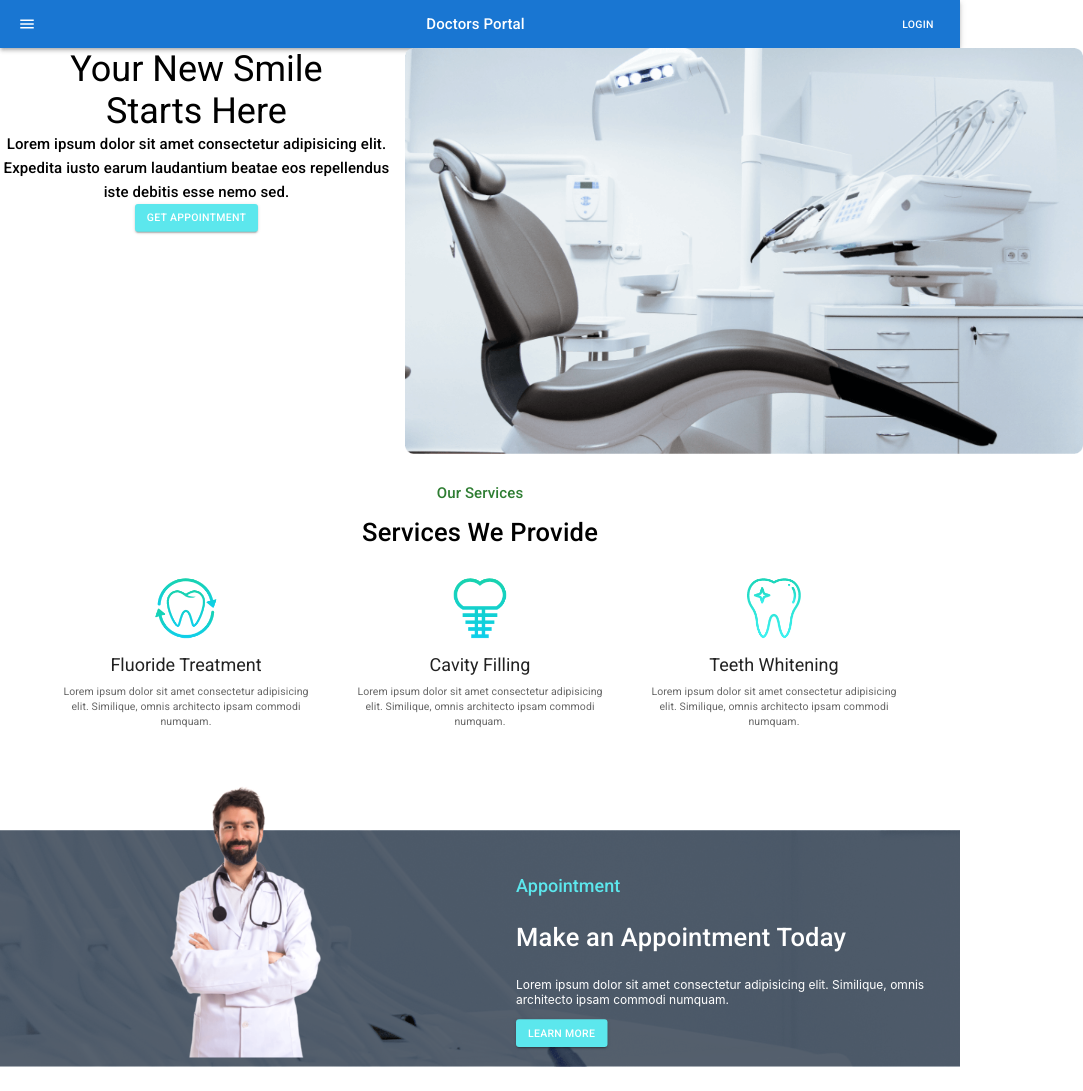
Repository: Sharif-00112/doctors-portal-client
Page: /
The author's editor kept a copy of each file at every save. The page is drawn from the files as they stood at one save, then again after the next save.
The browser window is 1280 px wide. The page is 1444 px wide, so the pictures cover 1444 px, including what lies to the right of the window. The pictures show the whole page, at 75% of full size.
The project was rebuilt for these pictures with package versions that can differ from the ones it lists, and the page was loaded fresh each time.

Above is the page before, as saved 2022-11-01 17:13:45.

### public/index.html
<!DOCTYPE html>
<html lang="en">
  <head>
    <meta charset="utf-8" />
    <link rel="icon" href="%PUBLIC_URL%/favicon.ico" />
    <meta name="viewport" content="width=device-width, initial-scale=1" />
    <meta name="theme-color" content="#000000" />
    <meta
      name="description"
      content="Web site created using create-react-app"
    />
    <link
      rel="stylesheet" href="https://fonts.googleapis.com/css?family=Roboto:300,400,500,700&display=swap"
    />

    <link rel="apple-touch-icon" href="%PUBLIC_URL%/logo192.png" />
    <!--
      manifest.json provides metadata used when your web app is installed on a
      user's mobile device or desktop. See https://developers.google.com/web/fundamentals/web-app-manifest/
    -->
    <link rel="manifest" href="%PUBLIC_URL%/manifest.json" />
    <!--
      Notice the use of %PUBLIC_URL% in the tags above.
      It will be replaced with the URL of the `public` folder during the build.
      Only files inside the `public` folder can be referenced from the HTML.

      Unlike "/favicon.ico" or "favicon.ico", "%PUBLIC_URL%/favicon.ico" will
      work correctly both with client-side routing and a non-root public URL.
      Learn how to configure a non-root public URL by running `npm run build`.
    -->
    <title>React App</title>
  </head>
  <body>
    <noscript>You need to enable JavaScript to run this app.</noscript>
    <div id="root"></div>
    <!--
      This HTML file is a template.
      If you open it directly in the browser, you will see an empty page.

      You can add webfonts, meta tags, or analytics to this file.
      The build step will place the bundled scripts into the <body> tag.

      To begin the development, run `npm start` or `yarn start`.
      To create a production bundle, use `npm run build` or `yarn build`.
    -->
  </body>
</html>

### src/App.js
import './App.css';
import { BrowserRouter as Router, Route, Routes} from 'react-router-dom';
import Home from './Pages/Home/Home/Home';

function App() {
  return (
    <div className="App">
      <Router>
        {/* <Header></Header> */}
        <Routes>
          <Route exact path = '/' element={<Home/>}/>
          <Route exact path = '/home' element={<Home/>}/>
          <Route exact path = '*' element={<Home/>}/>
        </Routes>
        {/* <Footer></Footer> */}
      </Router>
    </div>
  );
}

export default App;

### src/Pages/Home/Home/Home.js
import React from 'react';
import Navigation from '../../Shared/Navigation/Navigation';
import AppointmentBanner from '../AppointmentBanner/AppointmentBanner';
import Banner from '../Banner/Banner';
import Services from '../Services/Services';

const Home = () => {
    return (
        <div>
            {/* <h2>This is Home</h2> */}
            <Navigation></Navigation>
            <Banner></Banner>
            <Services></Services>
            <AppointmentBanner></AppointmentBanner>
        </div>
    );
};

export default Home;

### src/Pages/Shared/Navigation/Navigation.js
import React from 'react';
import AppBar from '@mui/material/AppBar';
import Box from '@mui/material/Box';
import Toolbar from '@mui/material/Toolbar';
import Typography from '@mui/material/Typography';
import Button from '@mui/material/Button';
import IconButton from '@mui/material/IconButton';
import MenuIcon from '@mui/icons-material/Menu';

const Navigation = () => {
    return (
        <div>
            <Box sx={{ flexGrow: 1 }}>
                <AppBar position="static">
                    <Toolbar>
                        <IconButton
                            size="large"
                            edge="start"
                            color="inherit"
                            aria-label="menu"
                            sx={{ mr: 2 }}
                        >
                            <MenuIcon />
                        </IconButton>
                        <Typography variant="h6" component="div" sx={{ flexGrow: 1 }}>
                            Doctors Portal
                        </Typography>
                        <Button color="inherit">Login</Button>
                    </Toolbar>
                </AppBar>
            </Box>
        </div>
    );
};

export default Navigation;

### src/Pages/Home/AppointmentBanner/AppointmentBanner.js
import React from 'react';
import Box from '@mui/material/Box';
import Grid from '@mui/material/Unstable_Grid2';
import Typography from '@mui/material/Typography';

import doctor from '../../../images/images/doctor.png'
import bg from '../../../images/images/appointment-bg.png'
import { Button } from '@mui/material';

const appointmentBanner = {
    background: `url(${bg})`,
    marginTop: 100,
    backgroundColor: 'rgba(45, 58, 74, 0.8)',
    backgroundBlendMode: 'darken, luminosity'
}

const AppointmentBanner = () => {
    return (
        <div>
            <Box style={appointmentBanner} sx={{ flexGrow: 1, mb:5 }}>
                <Grid container spacing={2}>
                    <Grid xs={12} md={6}>
                        <img
                           style={{width: 400, marginTop: '-105px' }}
                        src={doctor} alt="" />
                    </Grid>

                    <Grid xs={12} md={6} sx={{
                        display: 'flex',
                        justifyContent: 'flex-start',
                        textAlign: 'left',
                        alignItems: 'center'
                        }}>
                        <Box sx={{pl: 5}}>
                            <Typography sx={{ mb: 2, mt: 4, fontWeight: 500 }} style={{color: '#5CE7ED'}} variant="h5" component="div">
                                Appointment
                            </Typography>
                            <Typography sx={{ mb: 2, mt: 4, fontWeight: 500 }} style={{color: 'white'}} variant="h4" component="div">
                                Make an Appointment Today
                            </Typography>
                            <Typography sx={{ mb: 2, mt: 4 }} style={{color: 'white'}} variant="" component="div">
                                Lorem ipsum dolor sit amet consectetur adipisicing elit. Similique, omnis architecto ipsam commodi numquam.
                            </Typography>
                            <Button variant="contained" style={{backgroundColor: '#5CE7ED'}}>Learn More</Button>
                        </Box>
                    </Grid>
                </Grid>
            </Box>
        </div>
    );
};

export default AppointmentBanner;

### src/Pages/Home/Banner/Banner.js
import React from 'react';
import Box from '@mui/material/Box';
import Grid from '@mui/material/Grid';
import Typography from '@mui/material/Typography';
import { Button } from '@mui/material';

import chair from '../../../images/images/chair.png'
import bg from '../../../images/images/bg.png'

const Banner = () => {
    return (
        <div>
            <Box sx={{ flexGrow: 1 }}>
            <Grid container spacing={2}>
                <Grid item xs={12} md={5}>
                    <Typography sx={{ }} style={{color: 'black'}} variant="h3" component="div">
                        Your New Smile <br />
                        Starts Here
                    </Typography>
                    <Typography sx={{ }} style={{color: 'black'}} variant="h6" component="div">
                        Lorem ipsum dolor sit amet consectetur adipisicing elit. Expedita iusto earum laudantium beatae eos repellendus iste debitis esse nemo sed.
                    </Typography>
                    <Button variant="contained" style={{backgroundColor: '#5CE7ED'}}>Get Appointment</Button>
                </Grid>
                <Grid item xs={12} md={7}>
                    <img src={chair} alt="" />
                </Grid>
            </Grid>
        </Box>
        </div>
    );
};

export default Banner;

### src/Pages/Home/Services/Services.js
import React from 'react';
import Box from '@mui/material/Box';
import Grid from '@mui/material/Unstable_Grid2';
import Typography from '@mui/material/Typography';
import { Container } from '@mui/material';
import Service from '../Service/Service';

import fluoride from '../../../images/images/fluoride.png';
import cavity from '../../../images/images/cavity.png'
import whitening from '../../../images/images/whitening.png'

const services = [
    {
        name: 'Fluoride Treatment',
        description: 'Lorem ipsum dolor sit amet consectetur adipisicing elit. Similique, omnis architecto ipsam commodi numquam.',
        img: fluoride
    },
    {
        name: 'Cavity Filling',
        description: 'Lorem ipsum dolor sit amet consectetur adipisicing elit. Similique, omnis architecto ipsam commodi numquam.',
        img: cavity
    },
    {
        name: 'Teeth Whitening',
        description: 'Lorem ipsum dolor sit amet consectetur adipisicing elit. Similique, omnis architecto ipsam commodi numquam.',
        img: whitening
    }
]

const Services = () => {
    return (
        <div>
            <Box sx={{ flexGrow: 1 }}>
                <Container>
                    <Typography sx={{ mb: 2, mt: 4, fontWeight: 500, color: 'success.main' }} variant="h6" component="div">
                        Our Services
                    </Typography>
                    <Typography sx={{ mb: 3, fontWeight: 500 }} variant="h4" component="div">
                        Services We Provide
                    </Typography>

                    <Grid container spacing={{ xs: 2, md: 3 }} columns={{ xs: 4, sm: 8, md: 12 }}>
                        {
                            services.map(service => (
                                <Grid xs={2} sm={4} md={4} key={service.name}>
                                <Service
                                    key = {service.name}
                                    service = {service}
                                ></Service>
                            </Grid>
                            ))
                        }
                    </Grid>
                </Container>
            </Box>
        </div>
    );
};

export default Services;

### src/Pages/Home/Service/Service.js
import React from 'react';
import Card from '@mui/material/Card';
// import CardActions from '@mui/material/CardActions';
import CardContent from '@mui/material/CardContent';
// import Button from '@mui/material/Button';
import Typography from '@mui/material/Typography';
import CardMedia from '@mui/material/CardMedia';

const Service = (props) => {
    const {name, description, img} = props.service
    return (
        <div>
            <Card sx={{ minWidth: 275, border: 0, boxShadow: 0, mt: 1.5 }}>
                <CardMedia
                    component="img"
                    style={{width: 'auto', height: '80px', margin: '4px auto'}}
                    image={img}
                    alt={name}
                />
                <CardContent>
                    <Typography sx={{ mb: 1 }} variant="h5" component="div">
                        {name}
                    </Typography>
                    <Typography sx={{ mb: 1.5 }} variant="body2" color="text.secondary">
                        {description}
                    </Typography>
                </CardContent>
                {/* <CardActions>
                    <Button size="small">Learn More</Button>
                </CardActions> */}
            </Card>
        </div>
    );
};

export default Service;

Loaded but not shown: src/index.js (common file); src/index.css (common file); src/reportWebVitals.js (common file); src/App.css (common file)

After the next save:
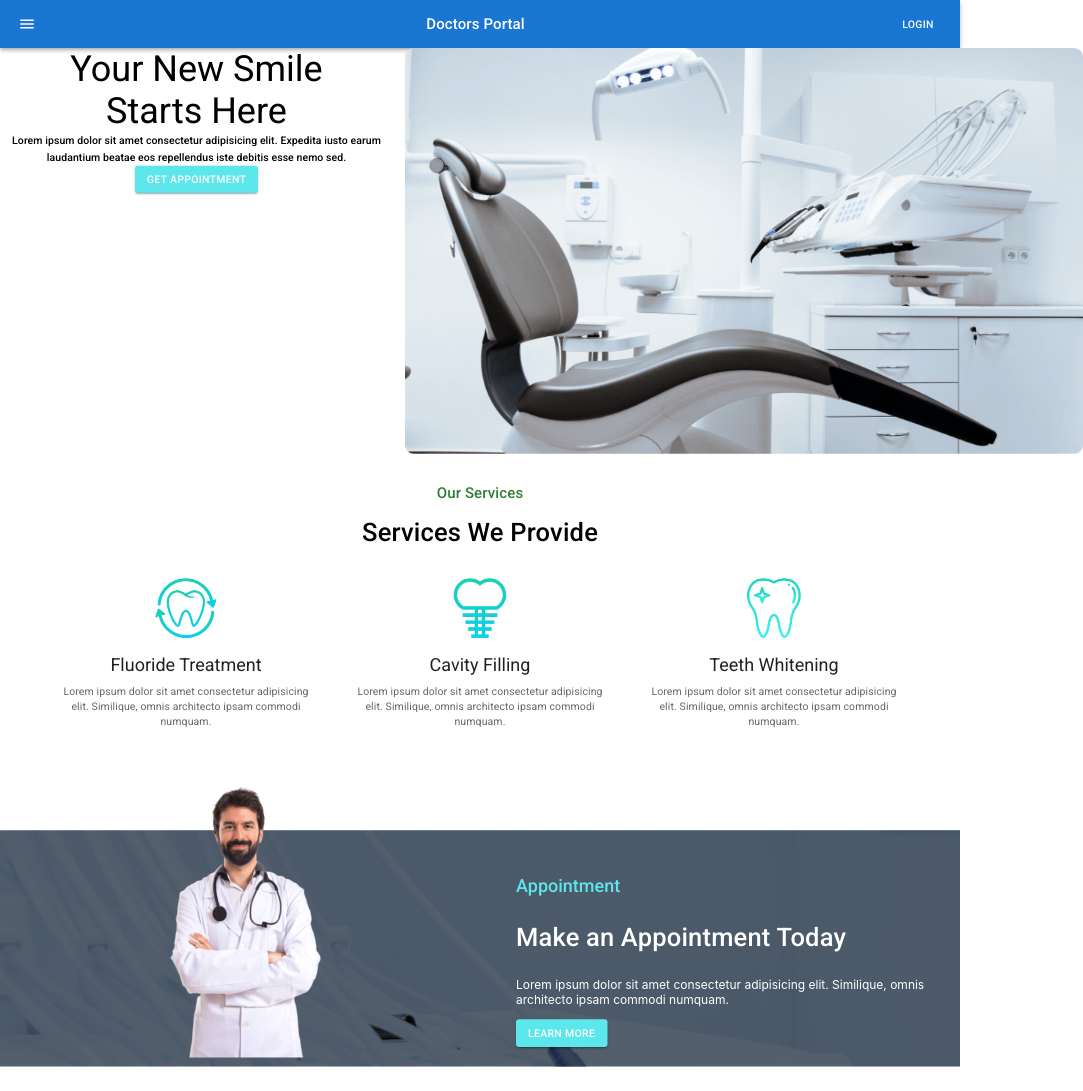
Saved 77 s later.
--- a/src/Pages/Home/Banner/Banner.js
+++ b/src/Pages/Home/Banner/Banner.js
@@ -17,7 +17,7 @@ const Banner = () => {
                         Your New Smile <br />
                         Starts Here
                     </Typography>
-                    <Typography sx={{ }} style={{color: 'black'}} variant="h6" component="div">
+                    <Typography sx={{ fontSize: 14, color: 'gray'}} style={{color: 'black'}} variant="h6" component="div">
                         Lorem ipsum dolor sit amet consectetur adipisicing elit. Expedita iusto earum laudantium beatae eos repellendus iste debitis esse nemo sed.
                     </Typography>
                     <Button variant="contained" style={{backgroundColor: '#5CE7ED'}}>Get Appointment</Button>
